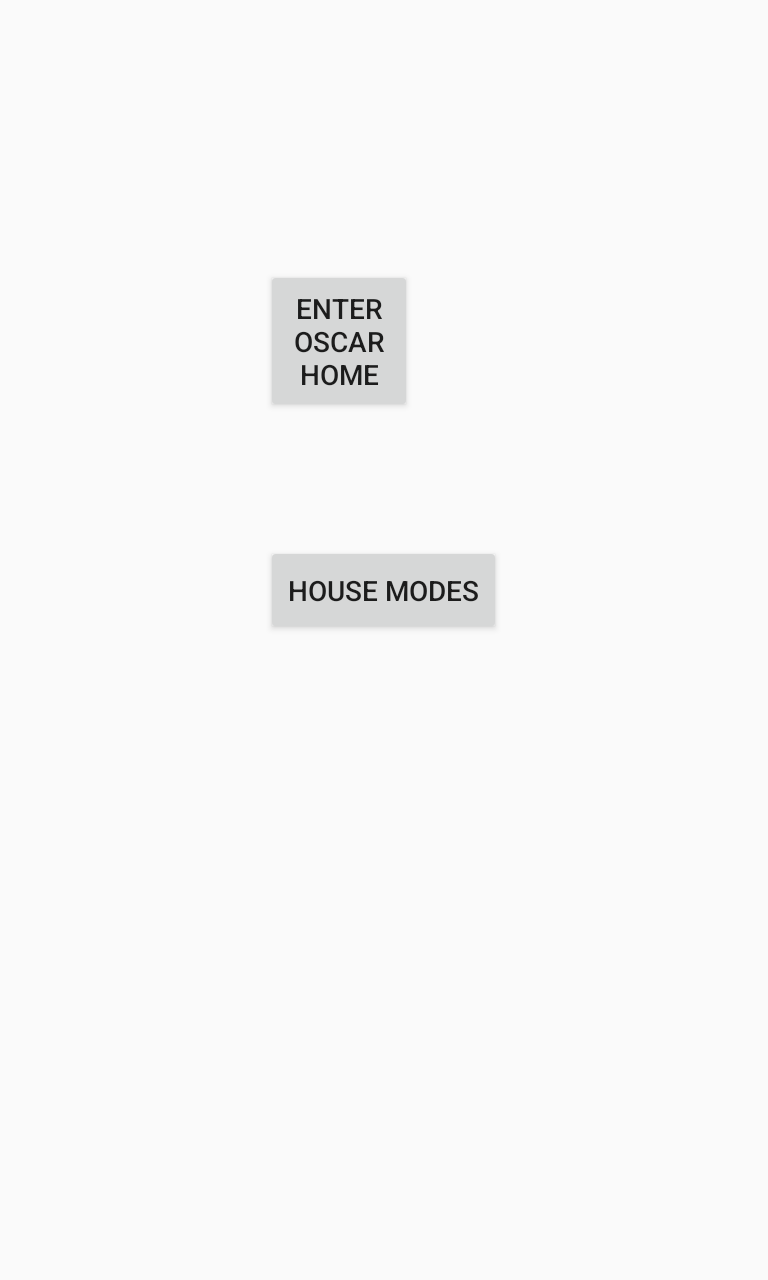
Repository: LogInc/oscar_app
Layout: Android/Oscar/res/layout/activity_home.xml
The author's editor kept a copy of each file at every save. The layout is drawn from the files as they stood at one save, then again after the next save.
It is drawn on a 768 x 1280 px phone screen (xhdpi) without system bars, with theme AppTheme; the app's code is not run.

Above is the layout before, as saved 2015-02-19 13:27:42.

After the next save:
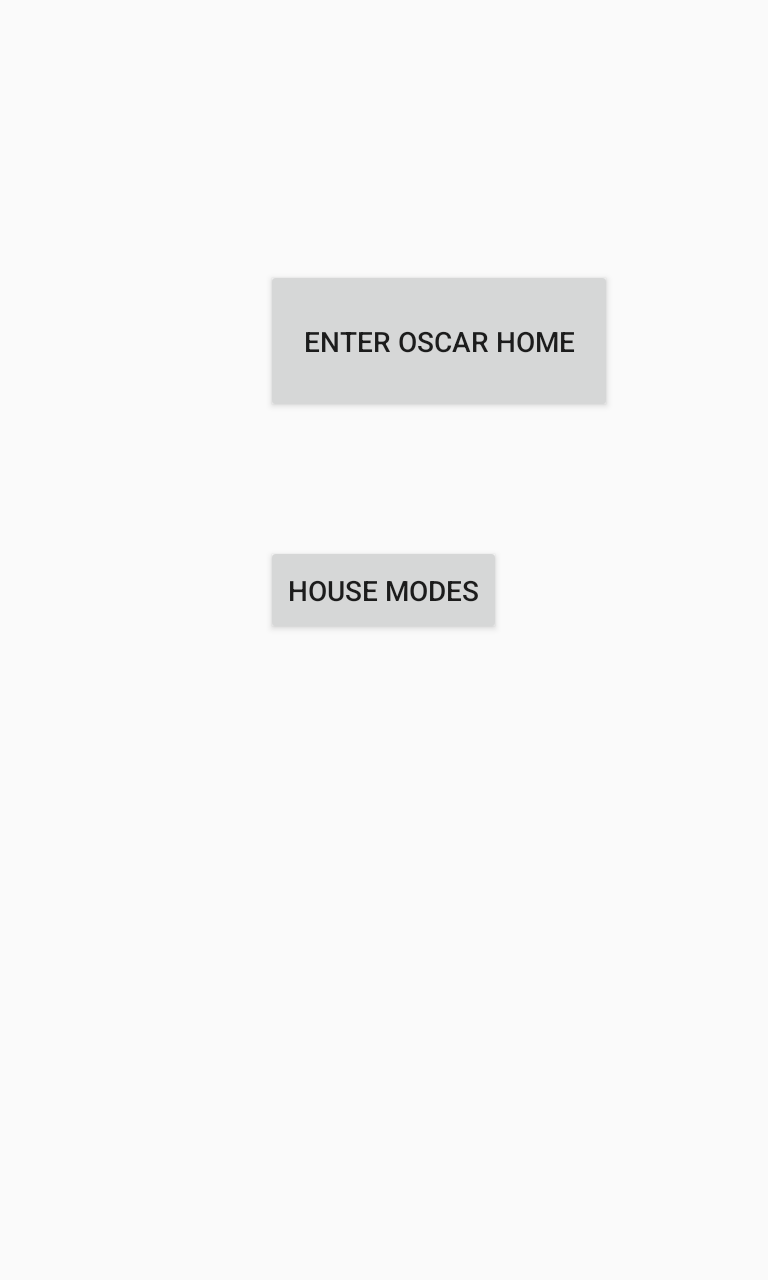
Saved 7 s later.
--- a/Android/Oscar/res/layout/activity_home.xml
+++ b/Android/Oscar/res/layout/activity_home.xml
@@ -15,7 +15,7 @@
 
     <Button
         android:id="@+id/oscarHouse"
-        android:layout_width="75dp"
+        android:layout_width="175dp"
         android:layout_height="75dp"
         android:layout_alignLeft="@+id/modes"
         android:layout_alignParentTop="true"
